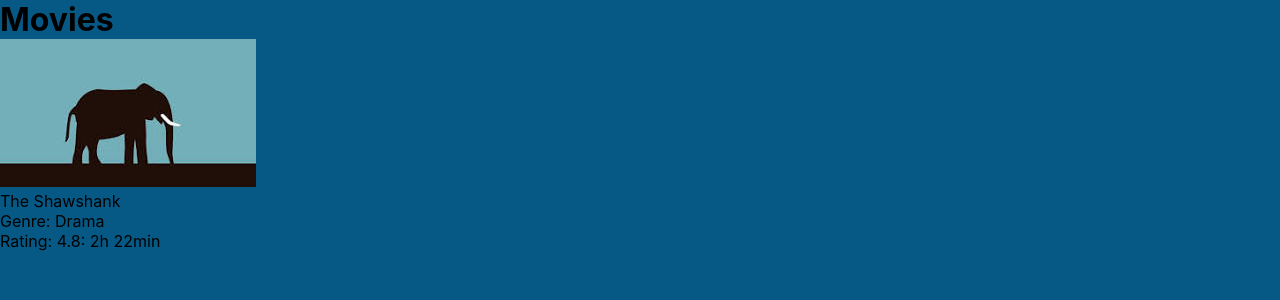
Repository: sbodova24/REACT__MovieApp
Page: /
The author's editor kept a copy of each file at every save. The page is drawn from the files as they stood at one save, then again after the next save.
The browser window is 1280 px wide. The pictures show the whole page.
The page's requests for data from a server got no answer. The project was rebuilt for these pictures with package versions that can differ from the ones it lists, and the page was loaded fresh each time. No one was signed in, and anything a server would have sent is missing.

Above is the page before, as saved 2024-11-13 05:49:36.

After the next save:
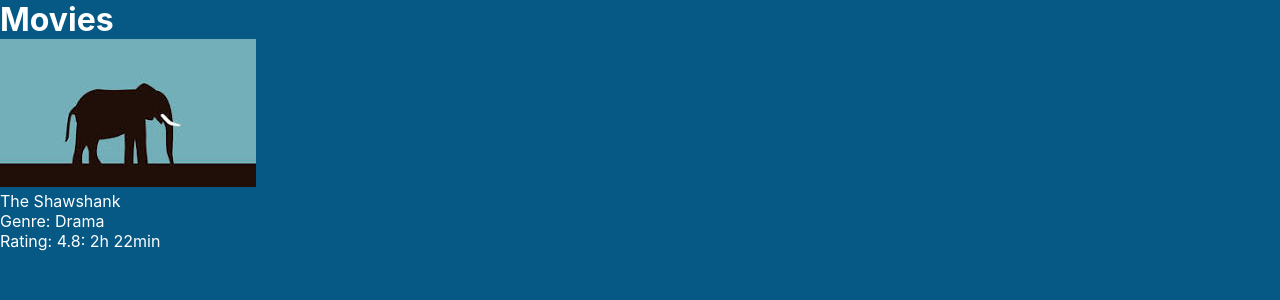
Saved 76 s later.
--- a/src/App.css
+++ b/src/App.css
@@ -6,7 +6,7 @@ box-sizing:border-box;
 
 :root{
   background-color: #075985;
-  text-color: #fff;
+  color: #fff;
 }
 body {
   background-color: #075985;
